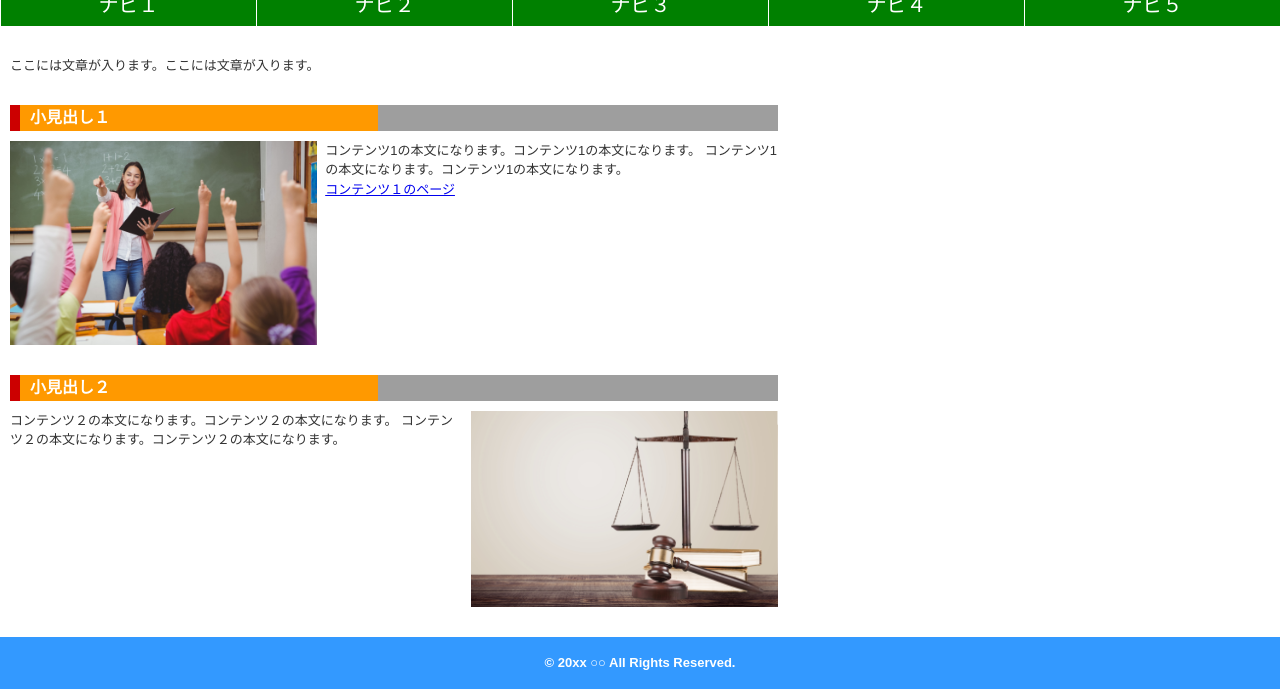
Repository: keiroom/samurai_HTML-CSS
Page: home.html
The author's editor kept a record of every edit. The page is drawn from the files as they stood at one moment, then again after the next edit.
The browser window is 1280 px wide. The pictures show the part of the page from y = 986 to 1675 px (the page is 1675 px tall).
Pictures or frames that could not be fetched are drawn as grey boxes. A picture or video elsewhere on the page could not be fetched, so the positions and the page height are approximate.

Above is the page before.

After the next edit:
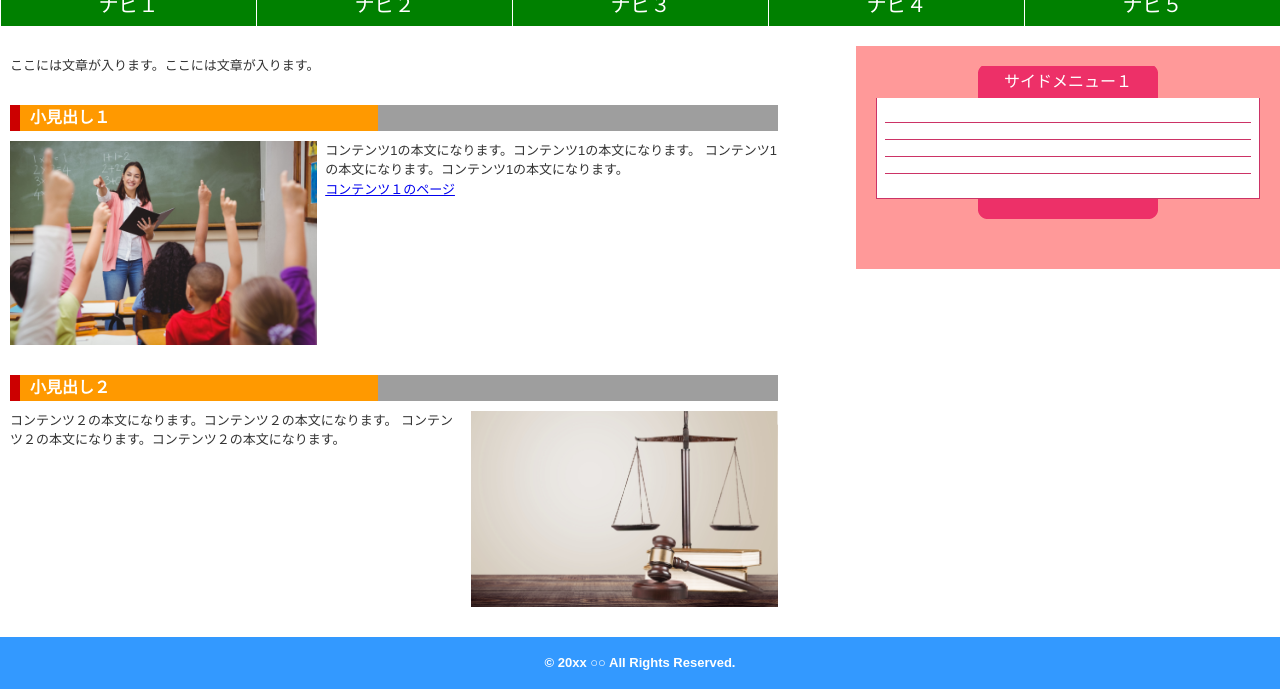
The edit:
--- a/home.html
+++ b/home.html
@@ -42,8 +42,24 @@
                   コンテンツ２の本文になります。コンテンツ２の本文になります。
                 </p>
               </div>
+            </div>
 
+            <div id="side">
+              <div class="box">
+                <h2>サイドメニュー１</h2>
+                <div class="boxBody">
+                  <ul>
+                    <li></li>
+                    <li></li>
+                    <li></li>
+                    <li></li>
+                  </ul>
+                </div>
+              </div>
             </div>
+
+
+
           </div>
 
         </div>
